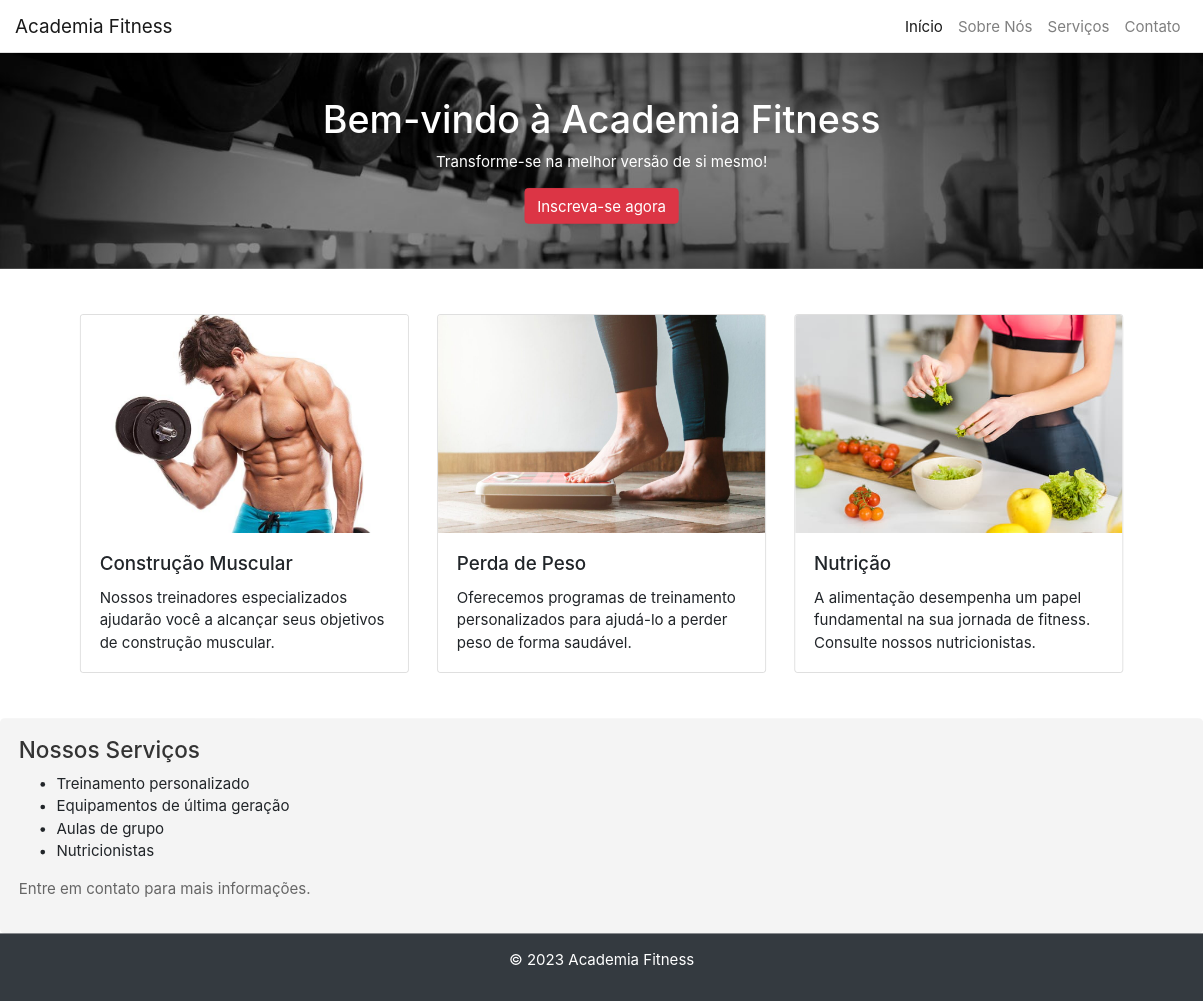
Repository: 01nethy/pratica14
Page: index.html
These files come from the project's save history. The page is drawn as it stood at one moment and after the next save; the edit follows.
The browser window is 1280 px wide. The pictures show the whole page, at 94% of full size.

Above is the page before, as saved 2023-09-07 23:55:56.

After the next save:
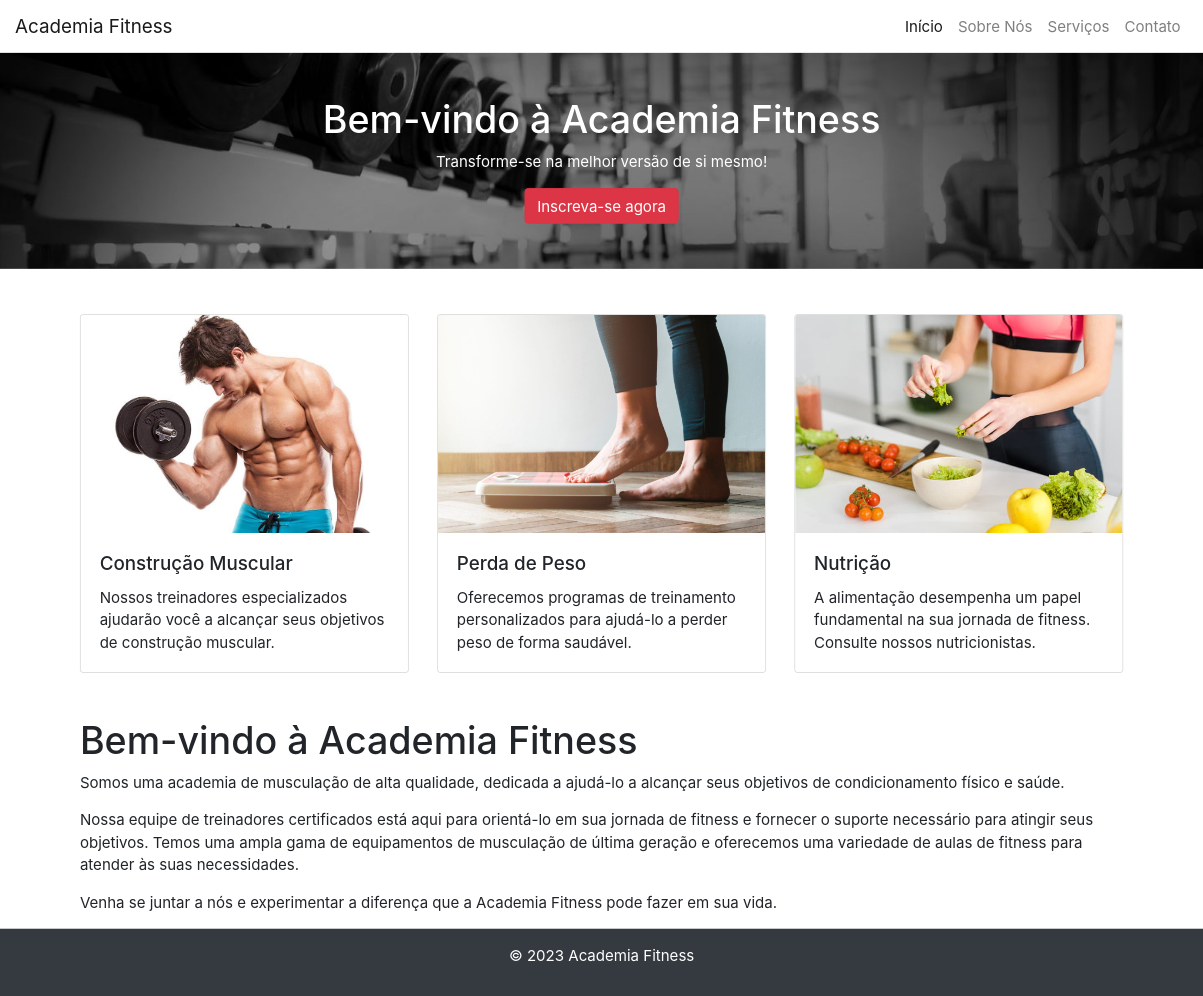
Saved 8 min 33 s later.
--- a/index.html
+++ b/index.html
@@ -73,17 +73,12 @@
     </div>
 </section>
 
-          <!-- Elemento aside da academia -->
-            <aside class="academia-aside">
-                <h2>Nossos Serviços</h2>
-                <ul>
-                    <li> Treinamento personalizado</li>
-                    <li> Equipamentos de última geração</li>
-                    <li> Aulas de grupo</li>
-                    <li> Nutricionistas</li>
-                </ul>
-                <p>Entre em contato para mais informações.</p>
-            </aside>
+<div class="container mt-5">
+    <h1>Bem-vindo à Academia Fitness</h1>
+    <p>Somos uma academia de musculação de alta qualidade, dedicada a ajudá-lo a alcançar seus objetivos de condicionamento físico e saúde.</p>
+    <p>Nossa equipe de treinadores certificados está aqui para orientá-lo em sua jornada de fitness e fornecer o suporte necessário para atingir seus objetivos. Temos uma ampla gama de equipamentos de musculação de última geração e oferecemos uma variedade de aulas de fitness para atender às suas necessidades.</p>
+    <p>Venha se juntar a nós e experimentar a diferença que a Academia Fitness pode fazer em sua vida.</p>
+</div>
 
 
 <!-- Rodapé -->
